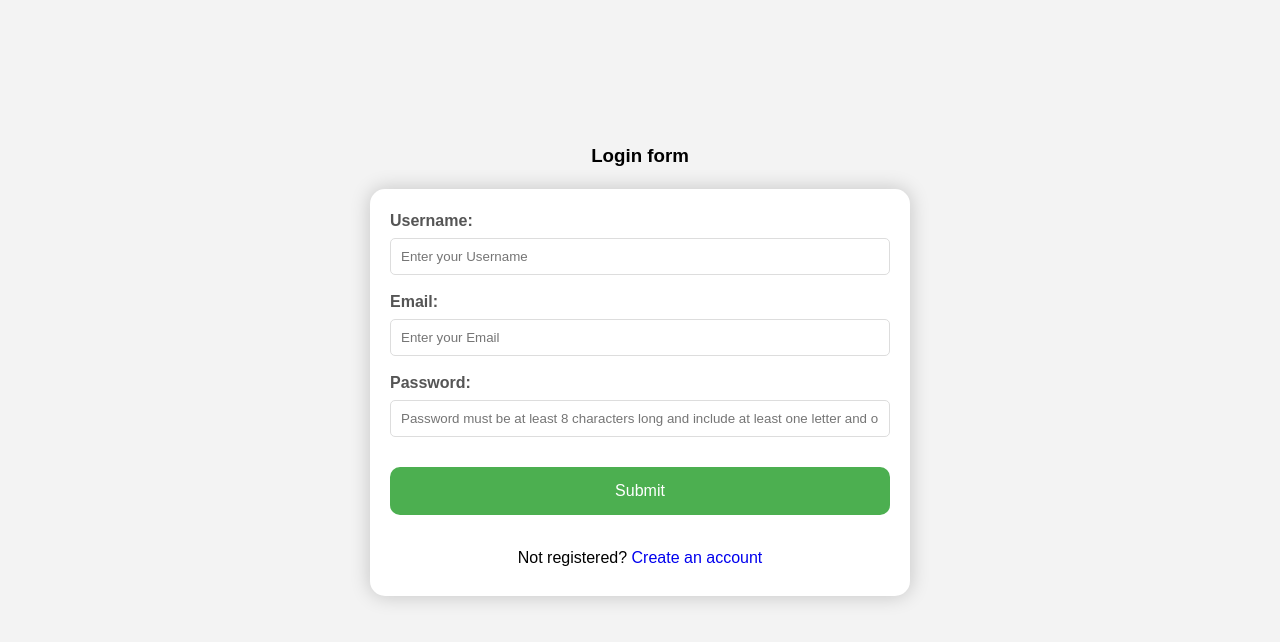
Repository: alizey12/Regestratin-Form-js
Page: signin.html
These files come from the project's save history. The page is drawn as it stood at one moment and after the next save; the edit follows.
The browser window is 1280 px wide. The pictures show the whole page.

Above is the page before, as saved 2024-11-29 19:08:19.

After the next save:
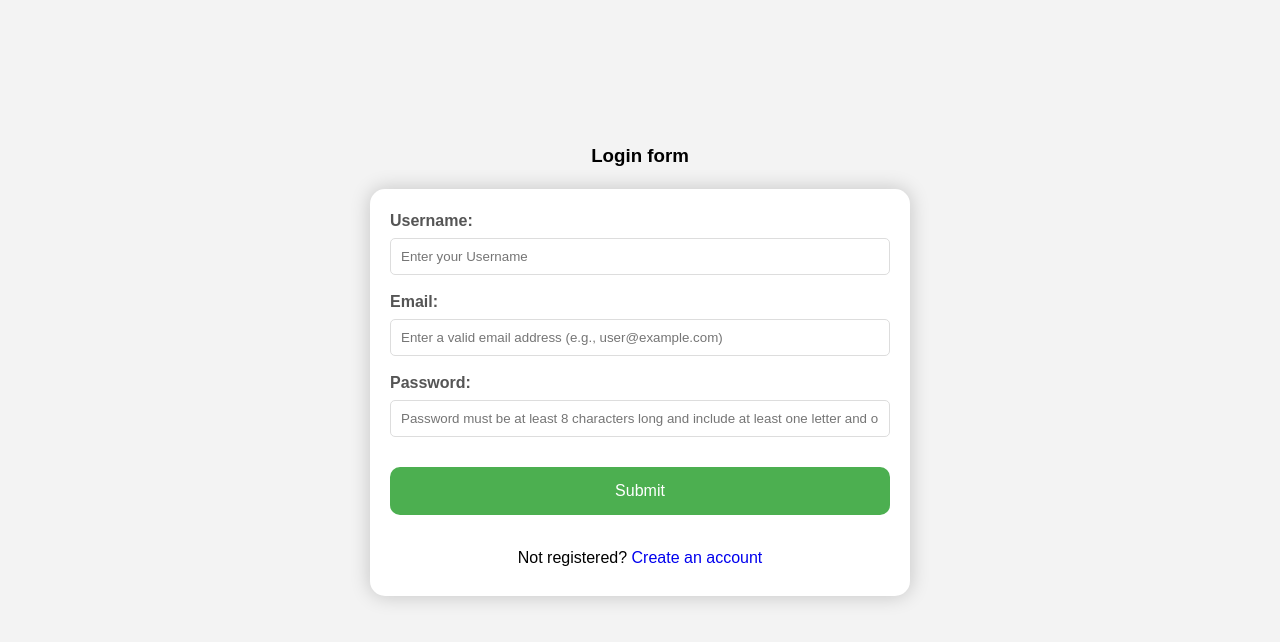
Saved 10 s later.
--- a/signin.html
+++ b/signin.html
@@ -23,7 +23,7 @@
             </label>
             <input type="email" id="first" name="email"  pattern="^[a-zA-Z0-9._%+-]+@[a-zA-Z0-9.-]+\.[a-zA-Z]{2,}$"
             title="Enter a valid email address (e.g., user@example.com)"
-                placeholder="Enter your Email" required>
+                placeholder="Enter a valid email address (e.g., user@example.com)" required>
 
         <label for="password">
             Password:
